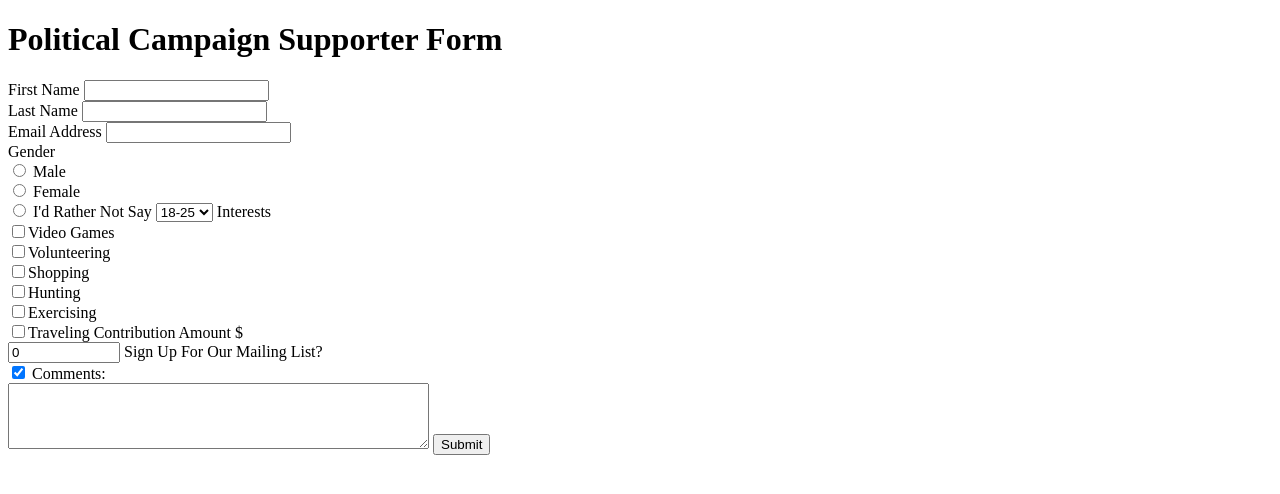
Repository: ryanaanderson0/COSW30
Page: Homework/Homework2/contact.html
The author's editor kept a record of every edit. The page is drawn from the files as they stood at one moment, then again after the next edit.
The browser window is 1280 px wide. The pictures show the whole page.

Above is the page before.

### Homework/Homework2/contact.html
<!DOCTYPE html>
<html>
    <meta charset="utf-8">
    <head>
        <title>Homework 2:Political Campaign Supporter Form</title>
    </head>
    <body>
        <h1>Political Campaign Supporter Form</h1>

        <form method="POST" action="process_contact.php">

        <label>First Name</label>
        <input type="text" id="first_name" name="first_name" required><br>

        <label>Last Name</label>
        <input type="text" id="last_name" name="last_name" required> <br>

        <label>Email Address</label>
        <input type="email" id="email" name="email" required> <br>

        <label>Gender</label> <br>
        <input type="radio" id="gender" name="gender" value="male" required> Male<br>
        <input type="radio" id="gender" name="gender" value="Female" required> Female<br>
        <input type="radio" id="gender" name="gender" value="Unspecified" required> I'd Rather Not Say

        <select id="age" required><br>
            <option value="18-25" name="age1">18-25</option>
            <option value="26-35">26-35</option>
            <option value="35-45">35-45</option>
            <option value="46+">46+</option>
        </select>

        <label>Interests</label><br>
        <input type="checkbox" id="interests" name="interest[]" value="video_games">Video Games<br>
        <input type="checkbox" id="interests" name="interest[]" value="volunteering">Volunteering<br>
        <input type="checkbox" id="interests" name="interest[]" value="shopping">Shopping<br>
        <input type="checkbox" id="interests" name="interest[]" value="hunting">Hunting<br>
        <input type="checkbox" id="interests" name="interest[]" value="exercising">Exercising<br>
        <input type="checkbox" id="interests" name="interest[]" value="traveling">Traveling

        <label>Contribution Amount $</label><br>
        <input type="number" id="contribution" name="quantity" min="0" max="100000000" value="0">

        <label>Sign Up For Our Mailing List?</label><br>
        <input type="checkbox" id="mailing_list" name="mailing_list" value="yes" checked>

        <label>Comments:</label><br>
        <textarea rows="4" cols="50" name="comments">
        </textarea>

        <button>Submit</button>



        </form>
    </body>
</html>

After the next edit:
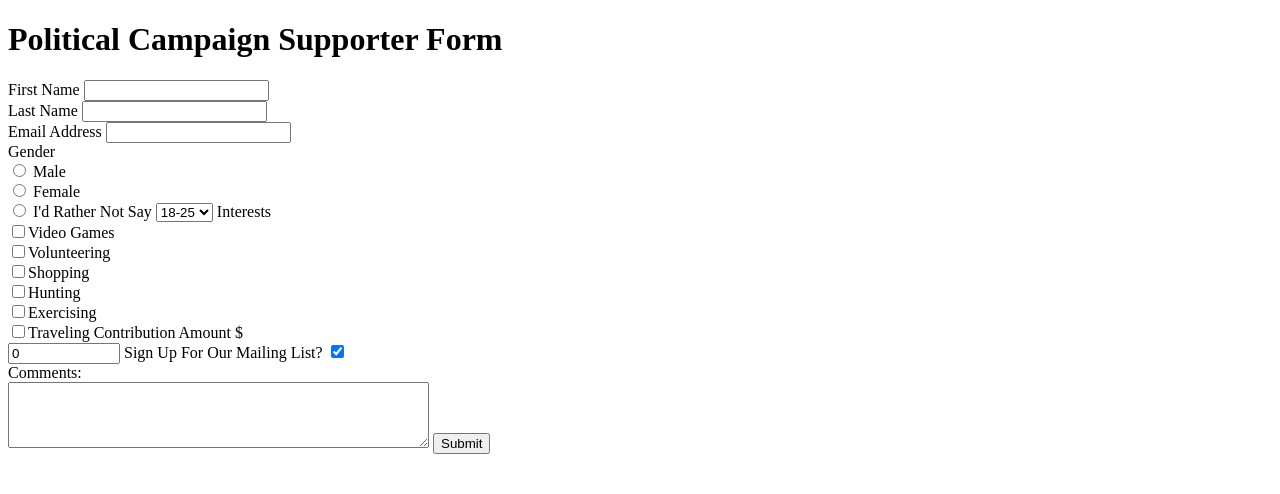
The edit:
--- a/Homework/Homework2/contact.html
+++ b/Homework/Homework2/contact.html
@@ -41,8 +41,8 @@
         <label>Contribution Amount $</label><br>
         <input type="number" id="contribution" name="quantity" min="0" max="100000000" value="0">
 
-        <label>Sign Up For Our Mailing List?</label><br>
-        <input type="checkbox" id="mailing_list" name="mailing_list" value="yes" checked>
+        <label>Sign Up For Our Mailing List?</label>
+        <input type="checkbox" id="mailing_list" name="mailing_list" value="yes" checked><br>
 
         <label>Comments:</label><br>
         <textarea rows="4" cols="50" name="comments">
